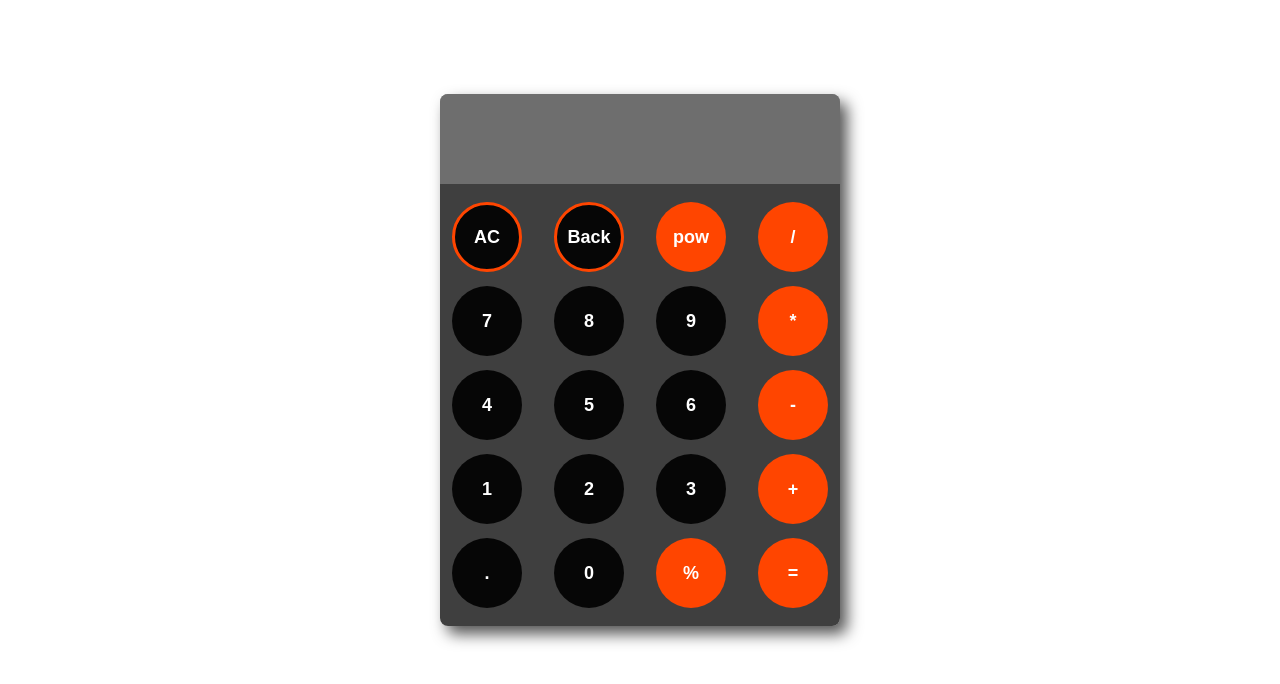
Repository: SakthivelDurai47/calculator
Page: index.html
These files come from the project's save history. The page is drawn as it stood at one moment and after the next save; the edit follows.
The browser window is 1280 px wide. The pictures show the whole page.

Above is the page before, as saved 2025-04-13 15:56:29.

After the next save:
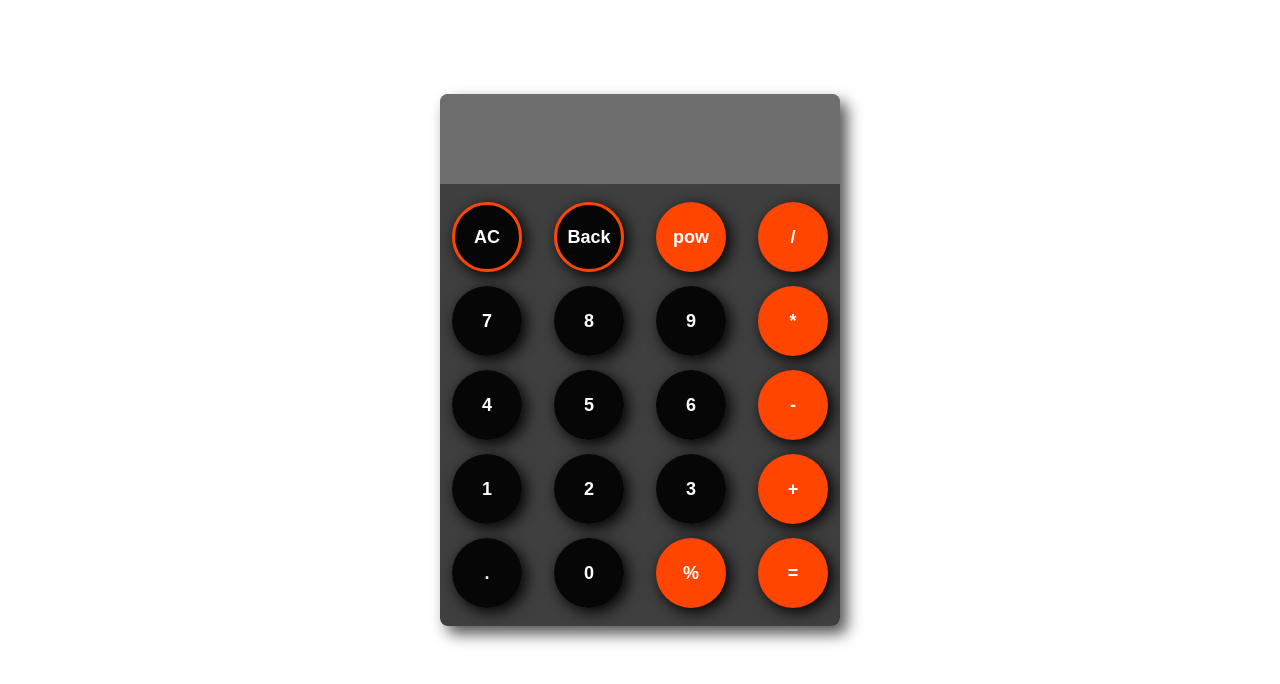
Saved 27 s later.
--- a/styles.css
+++ b/styles.css
@@ -24,6 +24,7 @@ button {
   margin: 3px;
   margin-left: 10px;
   margin-right: 10px;
+  box-shadow: 4px 4px 15px black;
 }
 button:hover {
   background-color: rgba(0, 0, 0, 0.5);
